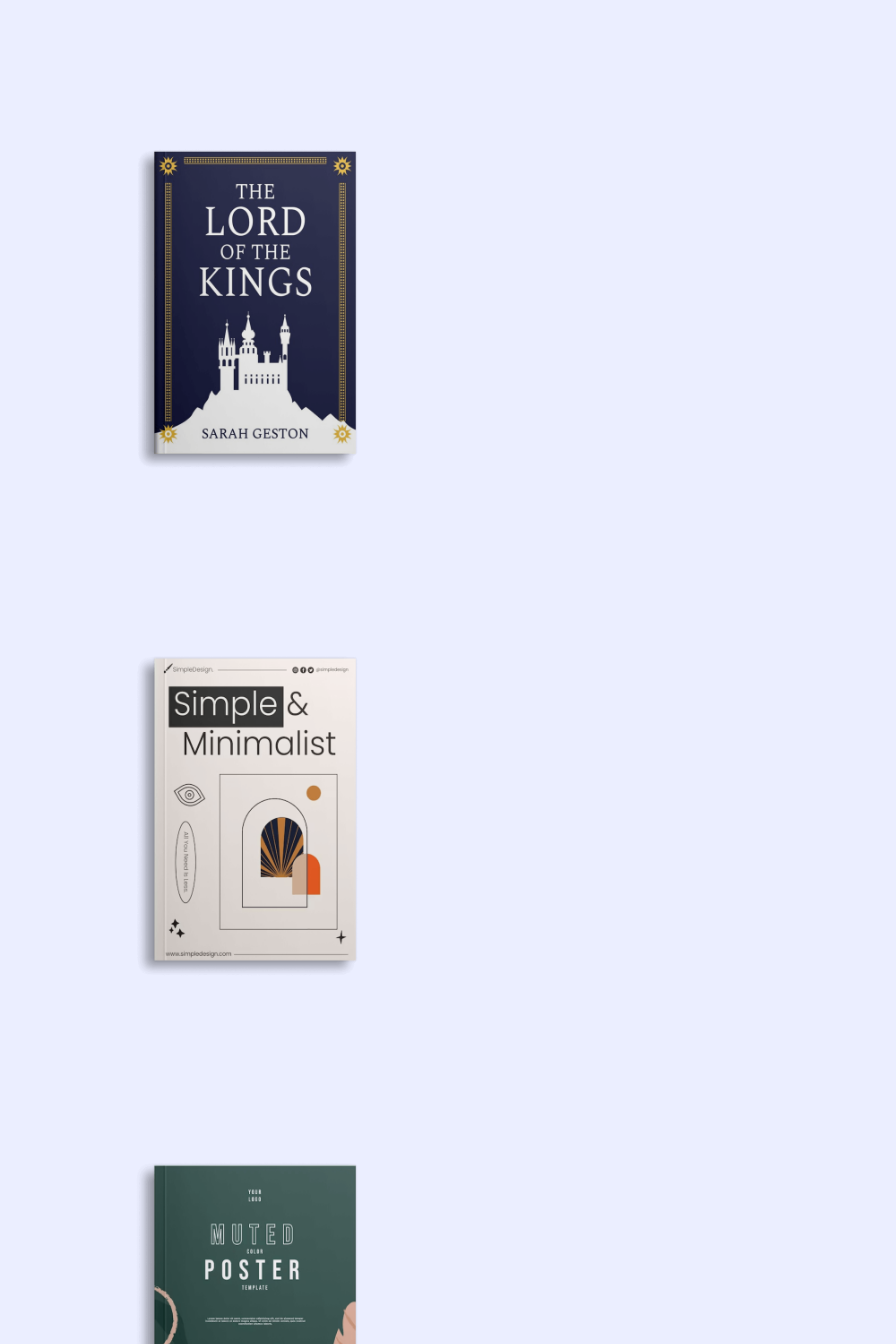
Repository: dinhhaidh/slider-book
Page: index1.html
These files come from the project's save history. The page is drawn as it stood at one moment and after a run of saves; the edit follows.
The browser window is 1280 px wide. The pictures show the part of the page from y = 0 to 1920 px (the page is 2992 px tall before and 1370 px after), at 70% of full size.
Some web fonts or font styles are not loaded; a fallback is used.

Above is the page before, as saved 2024-01-15 15:13:37.

### index1.html
<!DOCTYPE html>
<html lang="en">
<head>
    <meta charset="UTF-8">
    <meta name="viewport" content="width=device-width, initial-scale=1.0">
    <title>Document</title>
    <link rel="stylesheet" href="style.css">
</head>
<body>
    <section class="home section">
        <div class="home__container container grid">
            <div class="home__swiper swiper">
            <!-- Additional required wrapper -->
            <div class="swiper-wrapper">
                <!-- Slides -->
                <article class="home__article swiper-slide">
                    <img src="./img/book-1.png" alt="image" class="home__img">
                </article>
                <article class="home__article swiper-slide">
                    <img src="./img/book-2.png" alt="image" class="home__img">
                </article>
                <article class="home__article swiper-slide">
                    <img src="./img/book-3.png" alt="image" class="home__img">
                </article>
                <article class="home__article swiper-slide">
                    <img src="./img/book-4.png" alt="image" class="home__img">
                </article>
            </div>
            <!-- If we need pagination -->
            <div class="swiper-pagination"></div>

            <!-- If we need navigation buttons -->
            <div class="swiper-button-prev"></div>
            <div class="swiper-button-next"></div>

            <!-- If we need scrollbar -->
            <div class="swiper-scrollbar"></div>
</div>
        </div>
    </section>
</body>
</html>

### style.css
/*=============== GOOGLE FONTS ===============*/
@import url("https://fonts.googleapis.com/css2?family=Montagu+Slab:wght@500&family=Montserrat:wght@400;500;600&display=swap");

/*=============== VARIABLES CSS ===============*/
:root {
  --header-height: 3.5rem;

  /*========== Colors ==========*/
  /*Color mode HSL(hue, saturation, lightness)*/
  --first-color: hsl(230, 62%, 56%);
  --title-color: hsl(230, 70%, 16%);
  --text-color: hsl(230, 16%, 45%);
  --border-color: hsl(230, 50%, 90%);
  --white-color: hsl(0, 0%, 100%);
  --body-color: hsl(230, 100%, 96%);
  --container-color: hsl(230, 100%, 97%);

  /*========== Font and typography ==========*/
  /*.5rem = 8px | 1rem = 16px ...*/
  --body-font: "Montserrat", sans-serif;
  --second-font: "Montagu Slab", serif;
  --biggest-font-size: 2rem;
  --h1-font-size: 1.5rem;
  --h2-font-size: 1.25rem;
  --h3-font-size: 1rem;
  --normal-font-size: .938rem;
  --small-font-size: .813rem;
  --smaller-font-size: .75rem;

  /*========== Font weight ==========*/
  --font-regular: 400;
  --font-medium: 500;
  --font-semi-bold: 600;

  /*========== z index ==========*/
  --z-tooltip: 10;
  --z-fixed: 100;
}

/*========== Responsive typography ==========*/
@media screen and (min-width: 1150px) {
  :root {
    --biggest-font-size: 3.5rem;
    --h1-font-size: 2.25rem;
    --h2-font-size: 1.5rem;
    --h3-font-size: 1.25rem;
    --normal-font-size: 1rem;
    --small-font-size: .875rem;
    --smaller-font-size: .813rem;
  }
}

/*=============== BASE ===============*/
* {
  box-sizing: border-box;
  padding: 0;
  margin: 0;
}

html {
  scroll-behavior: smooth;
}

body,
input,
button {
  font-family: var(--body-font);
  font-size: var(--normal-font-size);
}

body {
  background-color: var(--body-color);
  color: var(--text-color);
  transition: background-color .4s;
}

input,
button {
  border: none;
  outline: none;
}

h1, h2, h3, h4 {
  color: var(--title-color);
  font-family: var(--second-font);
  font-weight: var(--font-medium);
}

ul {
  list-style: none;
}

a {
  text-decoration: none;
}

img {
  display: block;
  max-width: 100%;
  height: auto;
}

/*=============== THEME ===============*/
/*========== Variables Dark theme ==========*/


/*==========
	Color changes in some parts of
	the website, in dark theme
==========*/


/*=============== REUSABLE CSS CLASSES ===============*/
.container {
  max-width: 1220px;
  margin-inline: 1.5rem;
}

.grid {
  display: grid;
  gap: 1.5rem;
}

.section {
  padding-block: 5rem 1rem;
}

.section__title {
  text-align: center;
  font-size: var(--h1-font-size);
  font-family: var(--second-font);
  margin-bottom: 2rem;
}

.main {
  overflow: hidden; /* For animation ScrollReveal */
}
@media screen and (min-width: 1150px) {
    .container{
        margin-inline: auto;
    }
}

/*=============== HEADER & NAV ===============*/


/* Navigation for mobile devices */


/* Add shadow header */


/* Active link */


/*=============== SEARCH ===============*/


/* Show search */


/*=============== LOGIN ===============*/


/* Show login */


/*=============== HOME ===============*/
.home__article,
.home__img{
    scale: .8;

}

/* Swiper class */


/*=============== BUTTON ===============*/


/*=============== SERVICES ===============*/


/*=============== FEATURED ===============*/


/* Swiper class */


/*=============== DISCOUNT ===============*/


/*=============== NEW ===============*/


/*=============== JOIN ===============*/


/*=============== TESTIMONIAL ===============*/


/*=============== FOOTER ===============*/


/*=============== SCROLL BAR ===============*/


/*=============== SCROLL UP ===============*/


/* Show Scroll Up */


/*=============== BREAKPOINTS ===============*/
/* For small devices */


/* For medium devices */


/* For large devices */

After the next 8 saves:
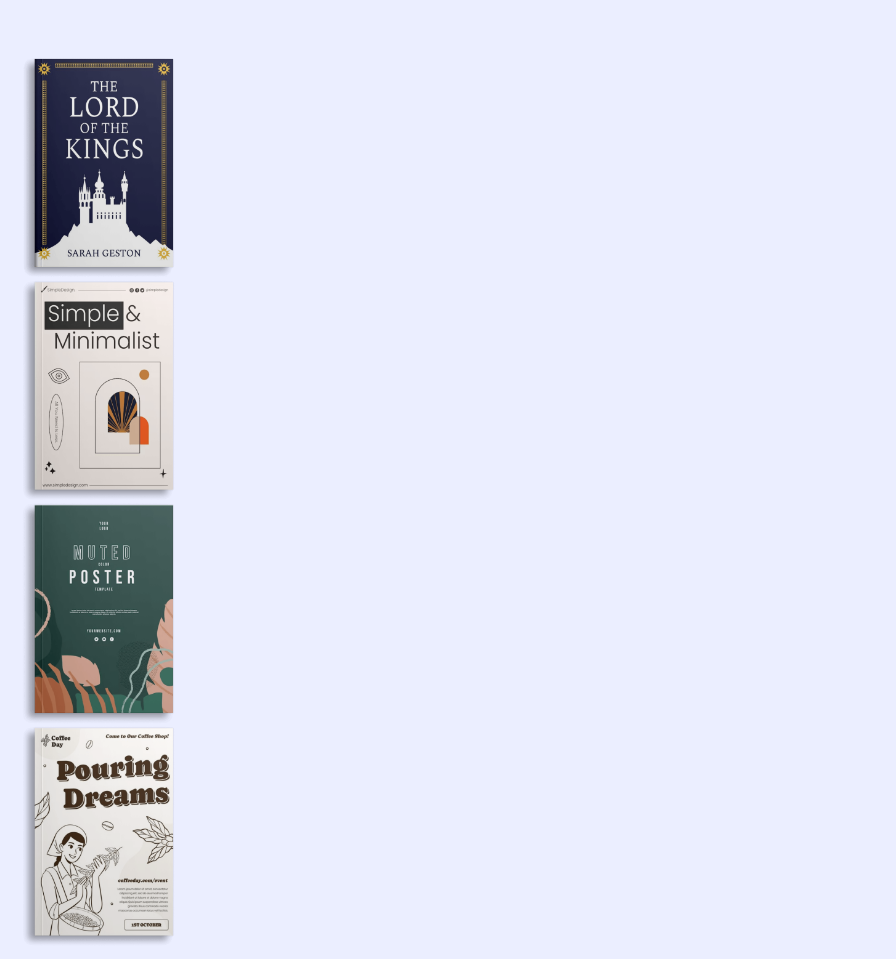
The 8 saves are shown as one change because they came seconds apart.
The last was saved 24 s later.
--- a/style.css
+++ b/style.css
@@ -168,8 +168,8 @@ img {
 /*=============== HOME ===============*/
 .home__article,
 .home__img{
-    scale: .8;
-
+   width: 220px;
+   transition: s;
 }
 
 /* Swiper class */
